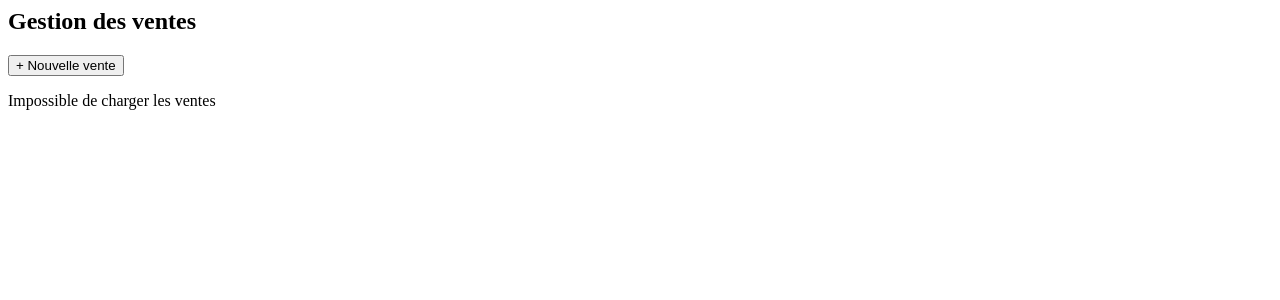
Repository: amosndayikeza-dev/Reviewa
Page: public/assets/html/manager/sales-content.html
An editor plug-in stored every save of this project. The page is shown before and after the next save, followed by the edit.
The browser window is 1280 px wide. The pictures show the whole page.

Above is the page before, as saved 2026-05-30 23:11:05.

### public/assets/html/manager/sales-content.html
<div class="sales-container">
    <div class="page-header">
        <h2>Gestion des ventes</h2>
        <button class="btn-add" onclick="showAddSaleModal()">+ Nouvelle vente</button>
    </div>
    <div id="sales-list">
        <p>Chargement des ventes...</p>
    </div>
</div>

<script>
function formatMoney(amount) {
    return (Number(amount) || 0).toLocaleString('fr-FR') + ' FBU';
}

function formatDate(dateStr) {
    if (!dateStr) return '—';
    const d = new Date(dateStr);
    if (isNaN(d.getTime())) return dateStr;
    return d.toLocaleDateString('fr-FR');
}

async function loadSales() {
    const container = document.getElementById('sales-list');
    if (!container) return;
    container.innerHTML = '<p>Chargement des ventes...</p>';
    try {
        const response = await ManagerAPI.sales.list();
        if (response && response.success) {
            const sales = response.data || [];
            if (sales.length === 0) {
                container.innerHTML = '<p>Aucune vente trouvée</p>';
                return;
            }
            // Utilisation des champs réels retournés par l'API
            container.innerHTML = sales.map(sale => `
                <div class="sale-card" style="background:#fff; padding:15px; margin-bottom:10px; border-radius:8px; box-shadow:0 1px 3px rgba(0,0,0,0.1);">
                    <p><strong>Produit :</strong> ${escapeHtml(sale.product_name)}</p>
                    <p><strong>Quantité :</strong> ${sale.quantity}</p>
                    <p><strong>Prix unitaire :</strong> ${formatMoney(sale.unit_price)}</p>
                    <p><strong>Total :</strong> ${formatMoney(sale.line_total)}</p>
                    <p><strong>Date :</strong> ${formatDate(sale.sold_at)}</p>
                </div>
            `).join('');
        } else {
            container.innerHTML = '<p class="error">Erreur de chargement des ventes</p>';
        }
    } catch (error) {
        console.error('Erreur:', error);
        container.innerHTML = '<p class="error">Impossible de charger les ventes</p>';
    }
}

function escapeHtml(str) {
    if (!str) return '';
    return str.replace(/[&<>]/g, function(m) {
        if (m === '&') return '&amp;';
        if (m === '<') return '&lt;';
        if (m === '>') return '&gt;';
        return m;
    });
}

// Charger les ventes au démarrage
loadSales();

// Optionnel : afficher un résumé (total des ventes, etc.) si tu veux utiliser response.summary
// console.log(response.summary);
</script>

After the next save:
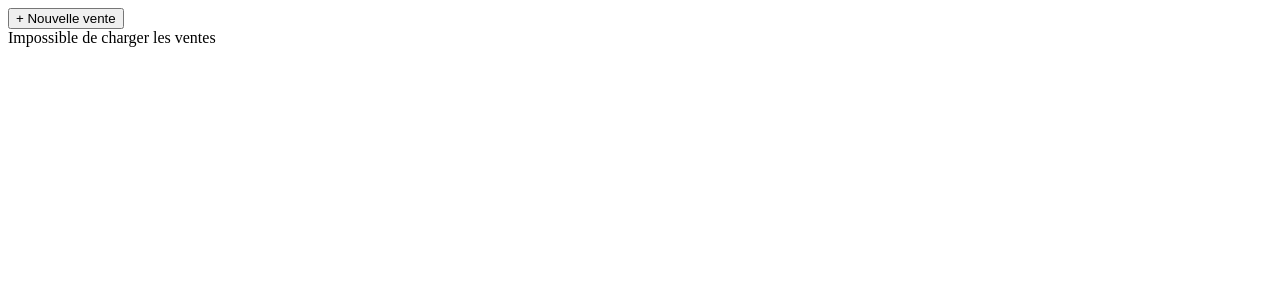
Saved 4 min 25 s later.
--- a/public/assets/html/manager/sales-content.html
+++ b/public/assets/html/manager/sales-content.html
@@ -1,10 +1,12 @@
-<div class="sales-container">
-    <div class="page-header">
-        <h2>Gestion des ventes</h2>
-        <button class="btn-add" onclick="showAddSaleModal()">+ Nouvelle vente</button>
+<div class="mgr-sales-container">
+    <div class="mgr-toolbar">
+        <div class="mgr-toolbar-left"></div>
+        <div class="mgr-toolbar-right">
+            <button class="tft-btn tft-bg-greensav" onclick="showAddSaleModal()">+ Nouvelle vente</button>
+        </div>
     </div>
-    <div id="sales-list">
-        <p>Chargement des ventes...</p>
+    <div id="sales-list" class="mgr-sales-list">
+        <div class="mgr-empty-hint">Chargement des ventes...</div>
     </div>
 </div>
 
@@ -23,31 +25,32 @@ function formatDate(dateStr) {
 async function loadSales() {
     const container = document.getElementById('sales-list');
     if (!container) return;
-    container.innerHTML = '<p>Chargement des ventes...</p>';
+    container.innerHTML = '<div class="mgr-empty-hint">Chargement des ventes...</div>';
     try {
         const response = await ManagerAPI.sales.list();
         if (response && response.success) {
             const sales = response.data || [];
             if (sales.length === 0) {
-                container.innerHTML = '<p>Aucune vente trouvée</p>';
+                container.innerHTML = '<div class="mgr-empty-hint">Aucune vente trouvée</div>';
                 return;
             }
-            // Utilisation des champs réels retournés par l'API
             container.innerHTML = sales.map(sale => `
-                <div class="sale-card" style="background:#fff; padding:15px; margin-bottom:10px; border-radius:8px; box-shadow:0 1px 3px rgba(0,0,0,0.1);">
-                    <p><strong>Produit :</strong> ${escapeHtml(sale.product_name)}</p>
-                    <p><strong>Quantité :</strong> ${sale.quantity}</p>
-                    <p><strong>Prix unitaire :</strong> ${formatMoney(sale.unit_price)}</p>
-                    <p><strong>Total :</strong> ${formatMoney(sale.line_total)}</p>
-                    <p><strong>Date :</strong> ${formatDate(sale.sold_at)}</p>
+                <div class="mgr-card mgr-sale-item">
+                    <div class="mgr-card-title">${escapeHtml(sale.product_name)}</div>
+                    <div class="mgr-sale-details">
+                        <div><span class="mgr-kpi-label">Quantité :</span> ${sale.quantity}</div>
+                        <div><span class="mgr-kpi-label">Prix unitaire :</span> ${formatMoney(sale.unit_price)}</div>
+                        <div><span class="mgr-kpi-label">Total :</span> <strong>${formatMoney(sale.line_total)}</strong></div>
+                        <div><span class="mgr-kpi-label">Date :</span> ${formatDate(sale.sold_at)}</div>
+                    </div>
                 </div>
             `).join('');
         } else {
-            container.innerHTML = '<p class="error">Erreur de chargement des ventes</p>';
+            container.innerHTML = '<div class="mgr-empty-hint tft-clr-red">Erreur de chargement des ventes</div>';
         }
     } catch (error) {
         console.error('Erreur:', error);
-        container.innerHTML = '<p class="error">Impossible de charger les ventes</p>';
+        container.innerHTML = '<div class="mgr-empty-hint tft-clr-red">Impossible de charger les ventes</div>';
     }
 }
 
@@ -61,9 +64,5 @@ function escapeHtml(str) {
     });
 }
 
-// Charger les ventes au démarrage
 loadSales();
-
-// Optionnel : afficher un résumé (total des ventes, etc.) si tu veux utiliser response.summary
-// console.log(response.summary);
 </script>
